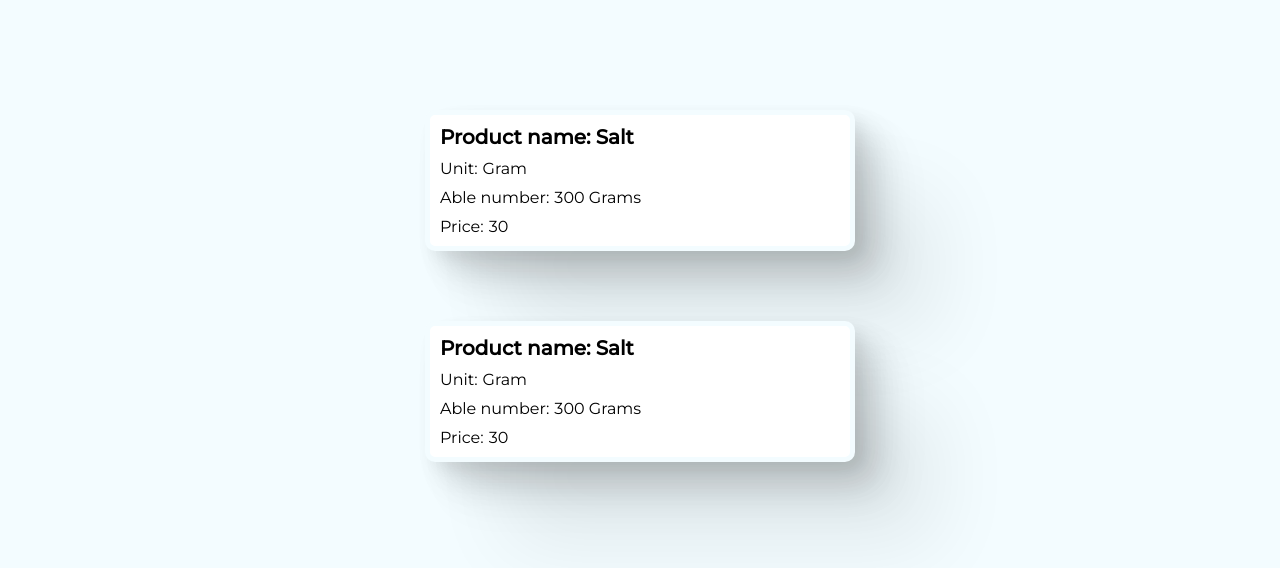
Repository: OlexandraKovach2/Vue
Page: / (app in vuexam/brila-exam/)
An editor plug-in stored every save of this project. The page is shown before and after the next save, followed by the edit.
The browser window is 1280 px wide. The pictures show the whole page.
The project was rebuilt for these pictures with package versions that can differ from the ones it lists, and the page was loaded fresh each time. Also part of the build but not shown: vuexam/brila-exam/vue.config.js.

Above is the page before, as saved 2022-11-08 21:59:20.

### vuexam/brila-exam/public/index.html
<!DOCTYPE html>
<html lang="">
  <head>
    <meta charset="utf-8">
    <meta http-equiv="X-UA-Compatible" content="IE=edge">
    <meta name="viewport" content="width=device-width,initial-scale=1.0">
    <link rel="icon" href="<%= BASE_URL %>favicon.ico">
    <title><%= htmlWebpackPlugin.options.title %></title>
  </head>
  <body>
    <noscript>
      <strong>We're sorry but <%= htmlWebpackPlugin.options.title %> doesn't work properly without JavaScript enabled. Please enable it to continue.</strong>
    </noscript>
    <div id="app"></div>
    <!-- built files will be auto injected -->
  </body>
</html>

<style>

  *{
    padding: 0px;
    margin: 0px;
  }
  body{
    background-color: rgb(243, 252, 255);
  }

</style>

### vuexam/brila-exam/src/main.js
import { createApp } from 'vue'
import App from './App.vue'
import store from '@/store'

createApp(App).use(store).mount('#app')

### vuexam/brila-exam/src/App.vue
<template>
  <div>
    <ObjectTable :listData="list"/>
  </div>
</template>

<script>
  import { mapGetters } from 'vuex';
  import ObjectTable from "./components/ObjectTable";
  export default {
    name: "App",
    components: {
      ObjectTable,
    },
    computed: {
      ...mapGetters(['list']),
    },
  }
</script>

<style lang="scss" scoped>
@import url('https://fonts.googleapis.com/css2?family=Montserrat:wght@100;200;300;400;500&display=swap');
*{
  font-family: 'Montserrat', sans-serif;
}
</style>

### vuexam/brila-exam/src/store/index.js
import {createStore} from 'vuex'

const store = createStore({
    state: {
        list: [
            {
                id: 1,
                name: "Salt",
                unit: "Gram",
                count: "300",
                cost: 30
            },
            {
                id: 2,
                name: "Salt",
                unit: "Gram",
                count: "300",
                cost: 30
            }
        ]
    },
    getters: {
        list: state => {
            return state.list;
        }
    },
});

export default store;

### vuexam/brila-exam/src/components/ObjectTable/index.vue
<template>
    <div class="objectTable">
        <div class="object">
        <ObjectBase v-for="item in listData"
        :key="item.id"
        :id="item.id"
        :name="item.name"
        :unit="item.unit"
        :count="item.count"
        :cost="item.cost"
        />
        </div>
    </div>
</template>

<script>
    import ObjectBase from "./ObjectBase.vue"
    export default {
        name: "ObjectTable",
        components: {
            ObjectBase,
        },
        props: {
            listData: {
                type: Array,
                default: () => []
            },
        },
    }
</script>

<style lang="scss" scoped>
.object{
    display: flex;
    flex-direction: column;
    margin-top: 40px;
}
.objectTable{
    display: flex;
    justify-content: center;
}
</style>

### vuexam/brila-exam/src/components/ObjectTable/ObjectBase.vue
<template>
    <div class="ObjectCard">
        <div class="info-row name">
            <div>Product name: </div>
            <div>{{name}}</div>
        </div>
        <div class="info-row">
            <div>Unit: </div>
            <div>{{unit}}</div>
        </div>
        <div class="info-row">
            <div>Able number: </div>
            <div>{{count}} {{unit}}s</div>
        </div>
        <div class="info-row">
            <div>Price: </div>
            <div>{{cost}}</div>
        </div>
    </div>
</template>

<script>
    import { mapGetters } from 'vuex'
    export default {
        name: "ObjectBase",
        computed: {
        ...mapGetters(['list']),
        },
        props: {
            id: {
                type: Number,
                default: 0
            },
            name: {
                type: String,
                default: "None name"
            },
            unit: {
                type: String,
                default: "kilo"
            },
            count: {
                type: Number,
                default: 1
            },
            cost: {
                type: Number,
                default: 10
            }
        },
    }
</script>

<style lang="scss" scoped>
.ObjectCard{
    margin-top: 70px;
    background-color: white;
    width: 400px;
    border-radius: 10px;
    border: 5px solid rgb(243, 252, 255);
    box-shadow:
  6.6px 6.7px 13.7px rgba(0, 0, 0, 0.04),
  12.9px 13.2px 25.3px rgba(0, 0, 0, 0.053),
  19.2px 19.6px 34.3px rgba(0, 0, 0, 0.057),
  25.9px 26.5px 40.9px rgba(0, 0, 0, 0.057),
  35.7px 36.6px 47.2px rgba(0, 0, 0, 0.057),
  82px 84px 80px rgba(0, 0, 0, 0.07);
  display: flex;
  flex-direction: column;
  gap: 10px;
  padding: 10px;
  transition: 0.3s;
}
.ObjectCard:hover{
    scale: 1.1;
}
.info-row{
    display: flex;
    gap: 5px;
    transition: 0.3s;
}
.info-row:hover{
    scale: 1.04;
}
.name{
    font-size: 20px;
    font-weight: 600;
}
</style>

After the next save:
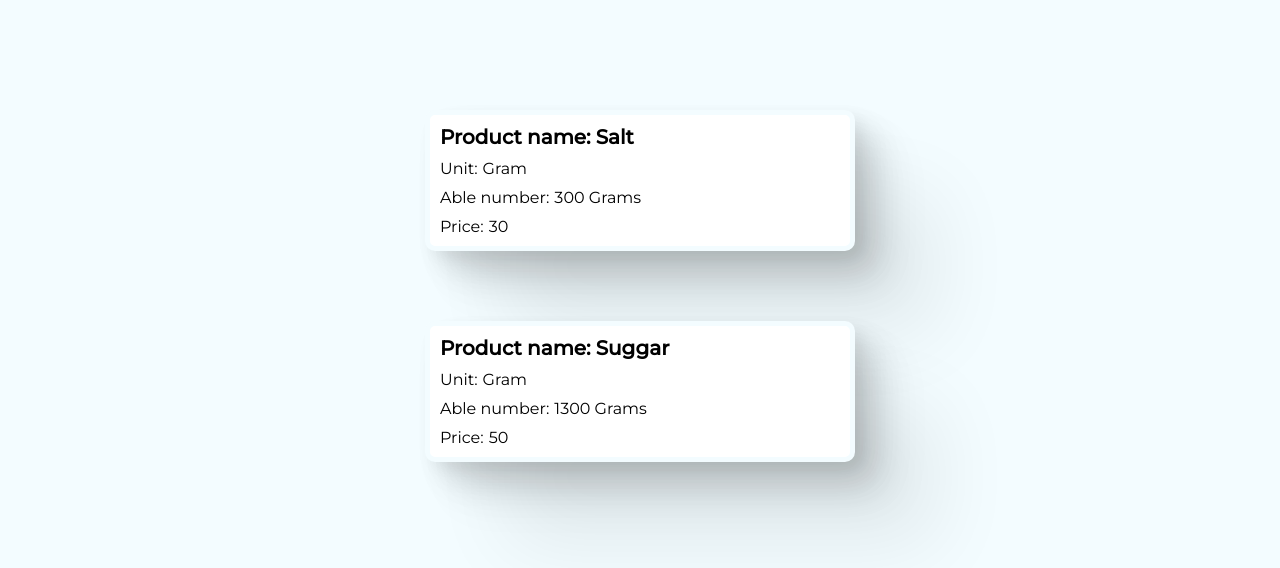
Saved 25 s later.
--- a/vuexam/brila-exam/src/store/index.js
+++ b/vuexam/brila-exam/src/store/index.js
@@ -12,10 +12,10 @@ const store = createStore({
             },
             {
                 id: 2,
-                name: "Salt",
+                name: "Suggar",
                 unit: "Gram",
-                count: "300",
-                cost: 30
+                count: "1300",
+                cost: 50
             }
         ]
     },
